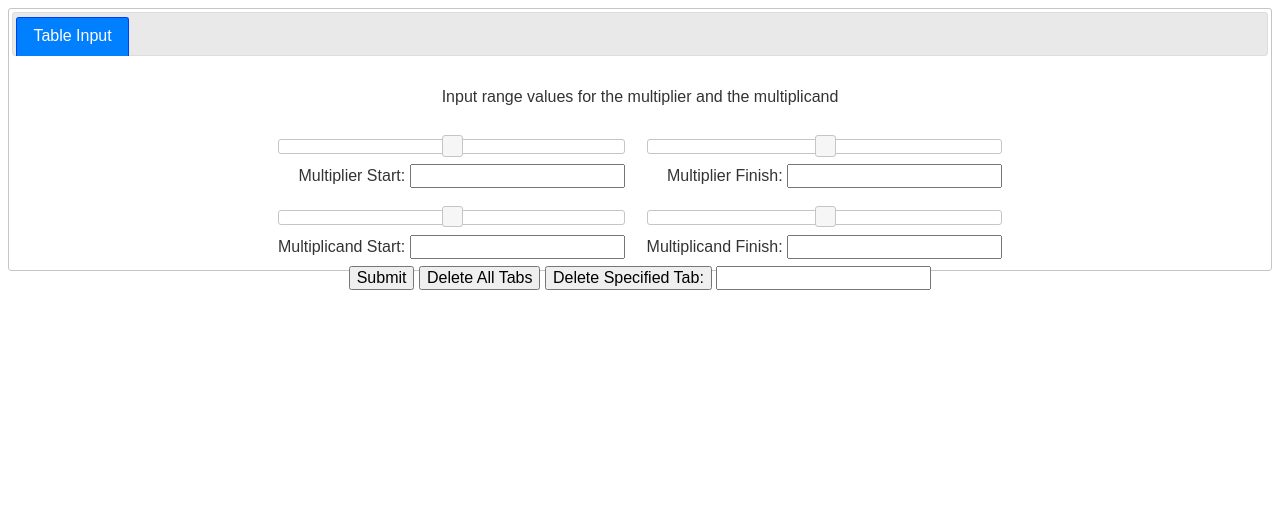
Repository: khrasna/HW4Part2
Page: index.html
An editor plug-in stored every save of this project. The page is shown before and after the next save, followed by the edit.
The browser window is 1280 px wide. The pictures show the whole page.
Some web libraries are served in a nearby version.

Above is the page before, as saved 2021-11-22 16:59:06.

After the next save:
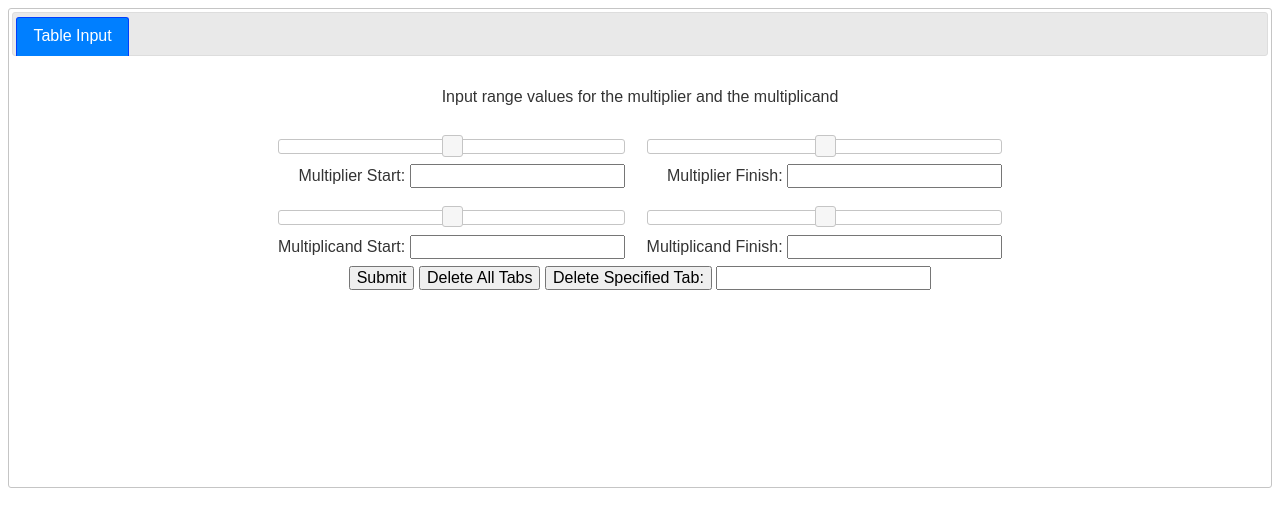
Saved 10 s later.
--- a/style.css
+++ b/style.css
@@ -18,7 +18,7 @@ div#container {
     display: grid;
     grid-template-columns: auto;
     /* top row of grid holds the form for input, the rest of page holds the multiplication table*/
-    grid-template-rows: 40% auto;
+    grid-template-rows: auto auto;
     height: 97%;
 }
 

After the save that followed:
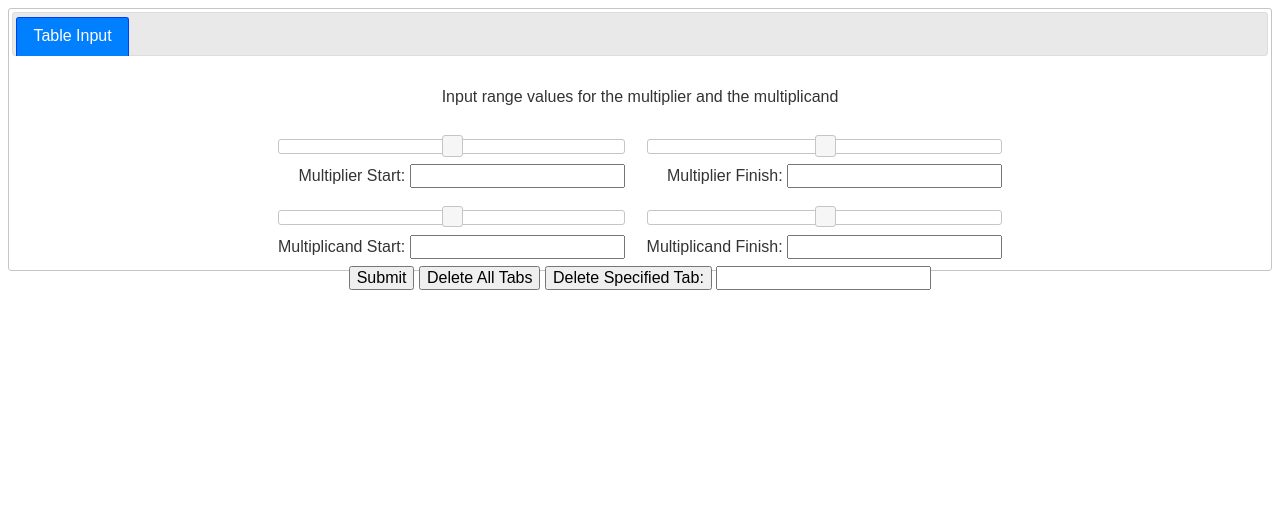
Saved 11 s later.
--- a/style.css
+++ b/style.css
@@ -18,7 +18,7 @@ div#container {
     display: grid;
     grid-template-columns: auto;
     /* top row of grid holds the form for input, the rest of page holds the multiplication table*/
-    grid-template-rows: auto auto;
+    grid-template-rows: 40% auto;
     height: 97%;
 }
 
